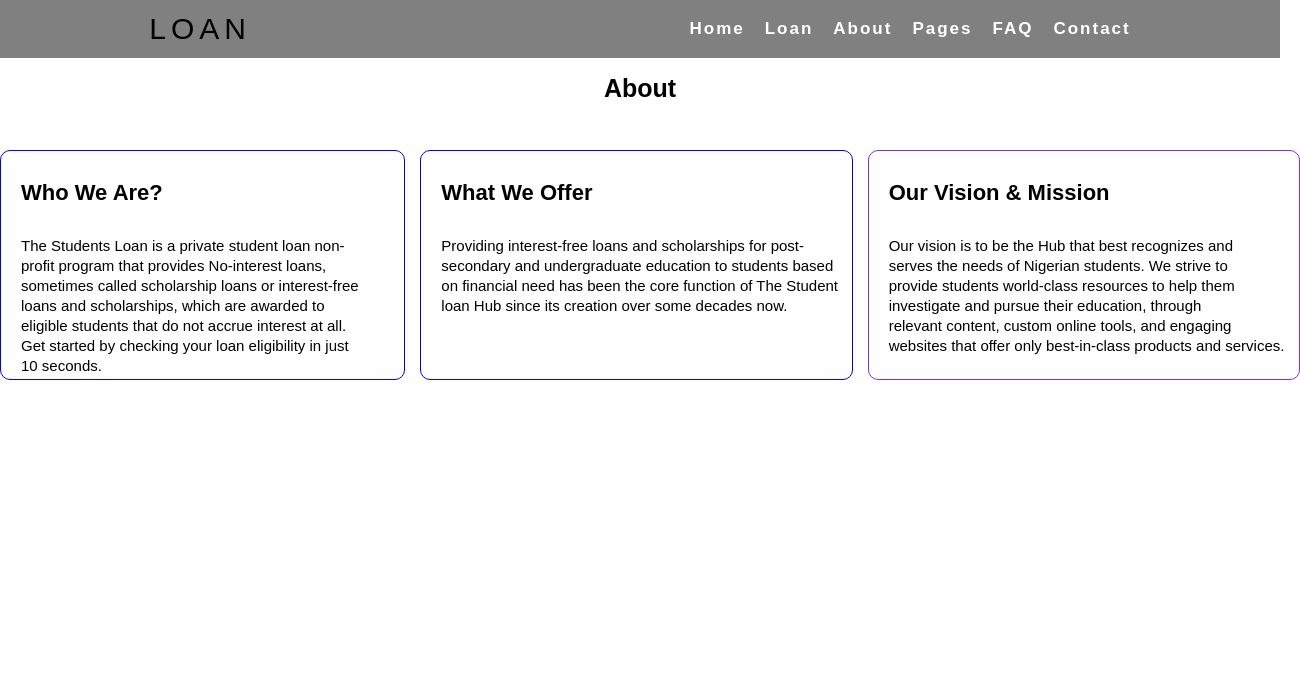
Repository: Tobby004/basic-loanweb
Page: about.html
The author's editor kept a copy of each file at every save. The page is drawn from the files as they stood at one save, then again after the next save.
The browser window is 1280 px wide. The page is 1300 px wide, so the pictures cover 1300 px, including what lies to the right of the window. The pictures show the whole page.

Above is the page before, as saved 2023-07-06 09:10:38.

### about.html
<!DOCTYPE html>
<html lang="en">
<head>
    <meta charset="UTF-8">
    <meta http-equiv="X-UA-Compatible" content="IE=edge">
    <meta name="viewport" content="width=device-width, initial-scale=1.0">
    <title>About</title>
    <link rel="stylesheet" href="about.css">
    <link rel="stylesheet" href="https://cdnjs.cloudflare.com/ajax/libs/font-awesome/6.4.0/css/all.min.css" integrity="sha512-iecdLmaskl7CVkqkXNQ/ZH/XLlvWZOJyj7Yy7tcenmpD1ypASozpmT/E0iPtmFIB46ZmdtAc9eNBvH0H/ZpiBw==" crossorigin="anonymous" referrerpolicy="no-referrer" />
</head>
<body>
    <nav>
        <div class="logo">LOAN</div>
            <ul class="nav-links">
                    <li><a class="active"><a href="index.html">Home</a></li>
                    <li><a href="apply.html">Loan</a></li>
                    <li><a href="about.html">About</a></li>
                    <li><a href="#">Pages</a></li>
                    <li><a href="#">FAQ</a></li>
                    <li><a href="contact.html">Contact</a></li>
            </ul>
            <div class="burger">
            <div class="line1"></div>
            <div class="line2"></div>
            <div class="line3"></div>
            </div>
        </nav>
    <h1>About</h1>
    <div class="container">
    <div class="box-1">
        <h4>Who We Are?</h4>
        <p> The Students Loan is a private student loan non- <br>
             profit program that provides No-interest loans,<br>
             sometimes called scholarship loans or interest-free <br>
             loans and scholarships, which are awarded to <br>eligible students that do not accrue interest at all.<br>
              Get started by checking your loan eligibility in just<br> 10 seconds.</p>
    </div>
    <div class="box-2">
        <h4>What We Offer</h4>
        <p> Providing interest-free loans and scholarships for post-<br>
            secondary and undergraduate education to students based <br>
            on financial need has been the core function of The Student <br>
            loan Hub since its creation over some decades now.</p>
    </div>
    <div class="box-3">
        <h4>Our Vision & Mission</h4>
        <p>  Our vision is to be the Hub that best recognizes and <br>
             serves the needs of Nigerian students. We strive to <br>
             provide students world-class resources to help them <br>
             investigate and pursue their education, through <br>
             relevant content, custom online tools, and engaging <br>
             websites that offer only best-in-class products and services.</p>
    </div>
    </div>
</body>
</html>

### about.css
*{
    box-sizing: border-box;
}
body {
    margin: 0;
    background: #ffffff;
}
nav {
    display: flex;
    justify-content: space-around;
    align-items: center;
    min-height: 8vh;
    font-family: sans-serif;
    background: gray;
}
.logo {
    color: black;
    text-transform: uppercase;
    letter-spacing: 5px;
    font-size: 30px;
    margin-right: 100px;
    font-family: sans-serif ;
}
 .nav-links {
    display: flex;
    justify-content: space-around;
    width: %;
    gap: 20px;
 }
.nav-links a {
    color: #ffffff;
     text-decoration: none;
     letter-spacing: 2px;
     font-weight: bold;
     font-size: 17px;
}
.nav-links li :hover {
    transition: all 3s;
    background: #ffffff;
    color: blue;
}
.nav-links li {
    list-style: none;
}
.burger div {
    width: 25px;
    height: 5px;
    background-color: #ffffff;
    margin: 5px;
    transition: all 0.3s ease-in;
}
.burger {
    display: none;
}
h1 {
    text-align: center;
    font-size: 25px;
    font-family: sans-serif;
}
.container {
    margin: auto;
    display: flex;
    justify-content: space-between;
    height: 300px;
    width: 1300px;
    background: #ffffff;
    gap: 15px;
}
.box-1{
  margin-top: 30px;
  height: 230px;
  width: 450px;
  background: white;
  border-radius: 10px;
  border:solid 0.5px blue;
}
.box-2{
  margin-top: 30px;
  height: 230px;
  width: 480px;
  background: #ffffff;
  border-radius: 10px;
  border: solid 0.5px blue;
}
.container h4 {
    font-size: 22px;
    margin-left: 20px;
    font-family: sans-serif;
}
.container p {
    margin-left: 20px;
    font-size: 15px;
    font-family: sans-serif;
    line-height: 20px;
}
.box-3{
    height: 230px;
    width: 480px;
     margin-top: 30px;
    background: #ffffff;
    border-radius: 10px;
    border: solid 0.5px blueviolet;
}


.footer{
    background: rgb(126, 120, 129);
    width: 100%;
    padding: 20px 30px 20px;
}
.socialicon {
    display: flex;
    justify-content: center;
}
.socialicon a {
    text-decoration: none;
    padding: 10px;
    margin: 10px;
    background: #ffffff;
    border-radius: 40%;
}
.socialicon a i {
    font-size: 2em;
    color: black;
}
.footernav ul {
 display: flex;
 justify-content: center;
 list-style: none;
}
.footernav ul li a{
 color: #ffffff;
 margin: 20px;
 text-decoration: none;
 font-size: 1.3em;
}
.footerbottom {
    background-color: black;
    padding: 10px;
    text-align: center;
}
.footerbottom p {
    color:white
}


@media only screen and (max-width:550px) {
     body {
        overflow: hidden;
     }
    .nav-links {
        position: absolute;
        right: 0px;
        top: 5vh;
        height: 70vh;
        background: black;
        display: flex;
        gap: 10px;
        width: 50%;
        flex-direction: column;
        align-items: center;
        transform: translateX(100%);
        transition: transform 0.5s ease-in;
    }
    .nav-links li {
        opacity: 1;
    }
    .nav-links li :hover {
        transition: all 5s;
        color: red;
    }
    .burger {
        display: block;
        cursor: pointer;
    }
   .nav-active {
    transform: translateX(0%);
   }
   .footernav {
    flex-direction: column;
   }
   .footernav ul li {
    width: 100%;
    text-align: center;
    margin: 1opx;
   }
    .container {
        display: inline-block;
        width:100% ;
        margin-left: auto;
        margin-right: auto;
        margin: 50px;
    }
    .box-1{
        margin-top: 10px;
        width: 80%;
      }
      .box-2{
        margin-top: 10px;
        width: 80%;
      }
     .box-3 {
      margin-top: 10px;
      width: 80%;
     }
      .container h4 {
      font-size: 18px;
      }
      .container p {
      font-size: 10px;
      font-family: sans-serif;
      line-height: 20px;
   }
   h1 {
    text-align: center;
    font-size: 20px;
    font-weight: bold;
    font-family: Georgia, 'Times New Roman', Times, serif;
   }


}

### nav.js
const navSlide = () => {
    const burger = document.querySelector('.burger');
    const navlinks = document.querySelector('.nav-links');
    const navLinks = document.querySelectorAll('.nav-links li');

 burger.addEventListener('click', ()=> {
    navlinks.classList.toggle('nav-active');

});
burger.classList.toggle('toggle');
}

navSlide()

After the next save:
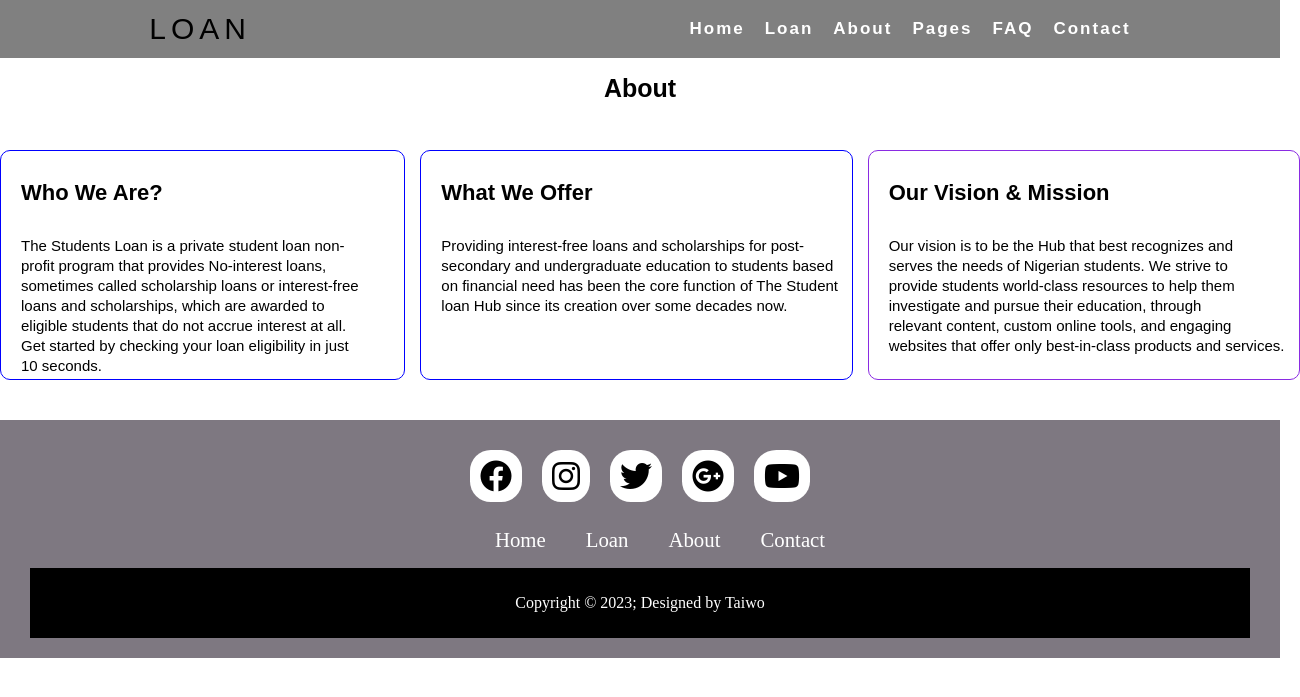
Saved 101 s later.
--- a/about.html
+++ b/about.html
@@ -52,5 +52,27 @@
              websites that offer only best-in-class products and services.</p>
     </div>
     </div>
+    <div class="footer">
+        <div class="socialicon">
+         <a href=""><i class="fa-brands fa-facebook"></i></a>
+         <a href=""><i class="fa-brands fa-instagram"></i></a>
+         <a href=""><i class="fa-brands fa-twitter"></i></a>
+         <a href=""><i class="fa-brands fa-google-plus"></i></a>
+         <a href=""><i class="fa-brands fa-youtube"></i></a>
+        </div>
+    <div class="footernav">
+     <ul>
+         <li><a href="">Home</a></li>
+         <li><a href="">Loan</a></li>
+         <li><a href="">About</a></li>
+         <li><a href="">Contact</a></li>
+
+     </ul>
+    </div>
+    <div class="footerbottom">
+     <p>Copyright &copy 2023; Designed by <span class="design">Taiwo</span> </p>
+    </div>
+     </div>
+     <script src="nav.js"></script>
 </body>
 </html>
